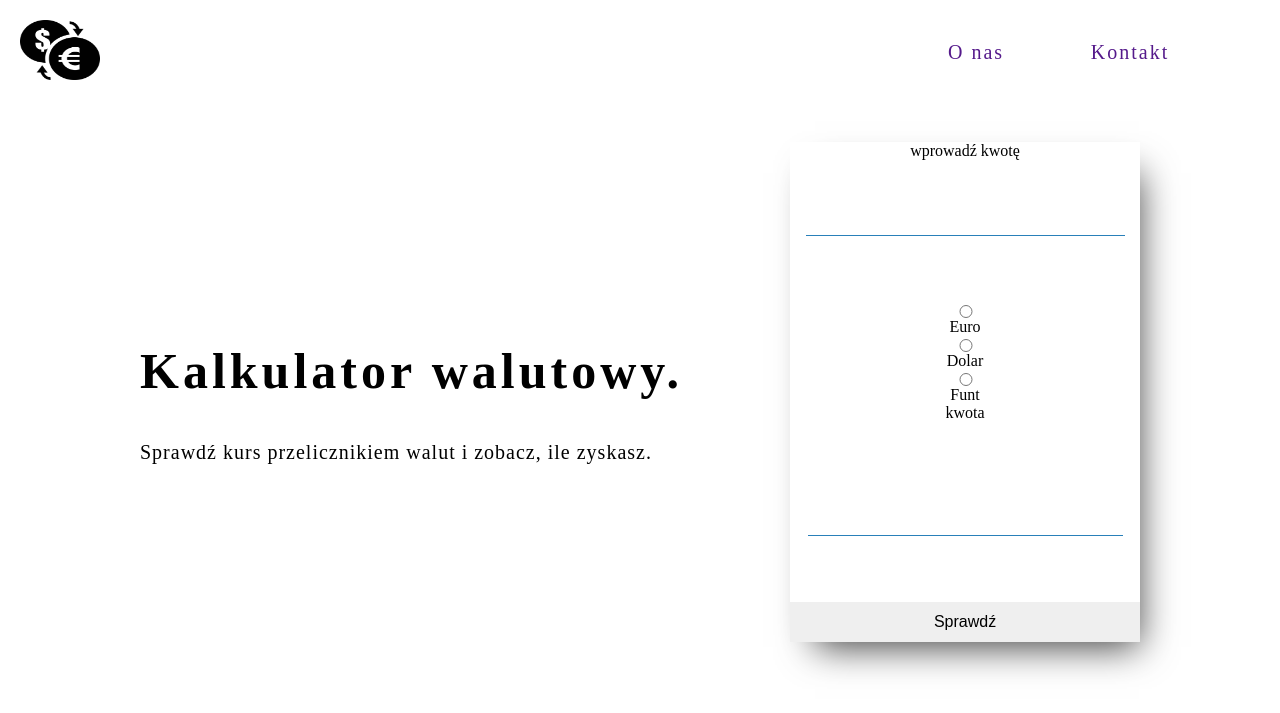
Repository: SebastianArmata22/Kalkulator-walut
Page: index.html
The author's editor kept a copy of each file at every save. The page is drawn from the files as they stood at one save, then again after the next save.
The browser window is 1280 px wide. The pictures show the whole page.

Above is the page before, as saved 2020-10-23 20:21:38.

After the next save:
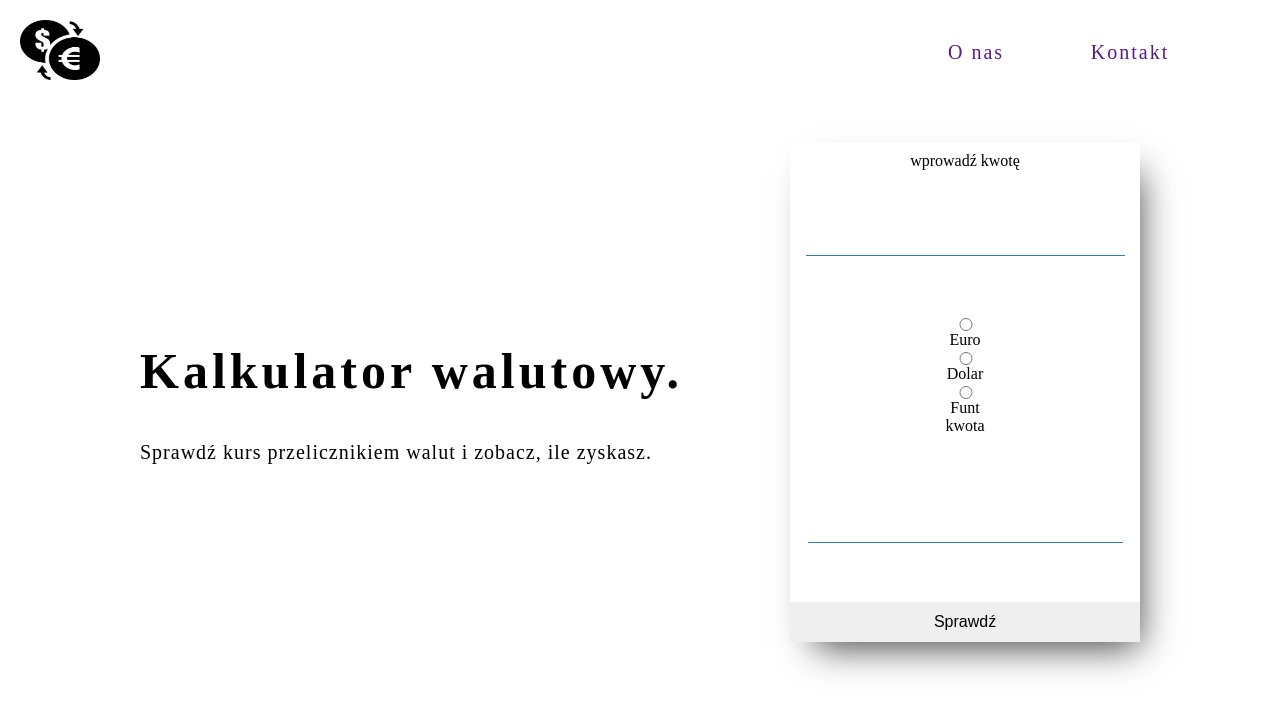
Saved 3 min 43 s later.
--- a/index.html
+++ b/index.html
@@ -33,7 +33,7 @@
                 <p>Sprawdź kurs przelicznikiem walut i zobacz, ile zyskasz.</p>
             </div>
             <div class="calculator">
-                <label for="inputNumber">wprowadź kwotę</label><br>
+                <label for="inputNumber" class="text-label">wprowadź kwotę</label><br>
                 <input type="text" id="inputNumber">
                 <input type="radio" value="euro" id="inputEuro" name="money">
                 <label for="inputEuro">Euro </label>
--- a/style.css
+++ b/style.css
@@ -102,3 +102,6 @@ width: 100%;
     margin: auto;
     margin-top: 15px;
 }
+.text-label{
+    margin: 10px;
+}
